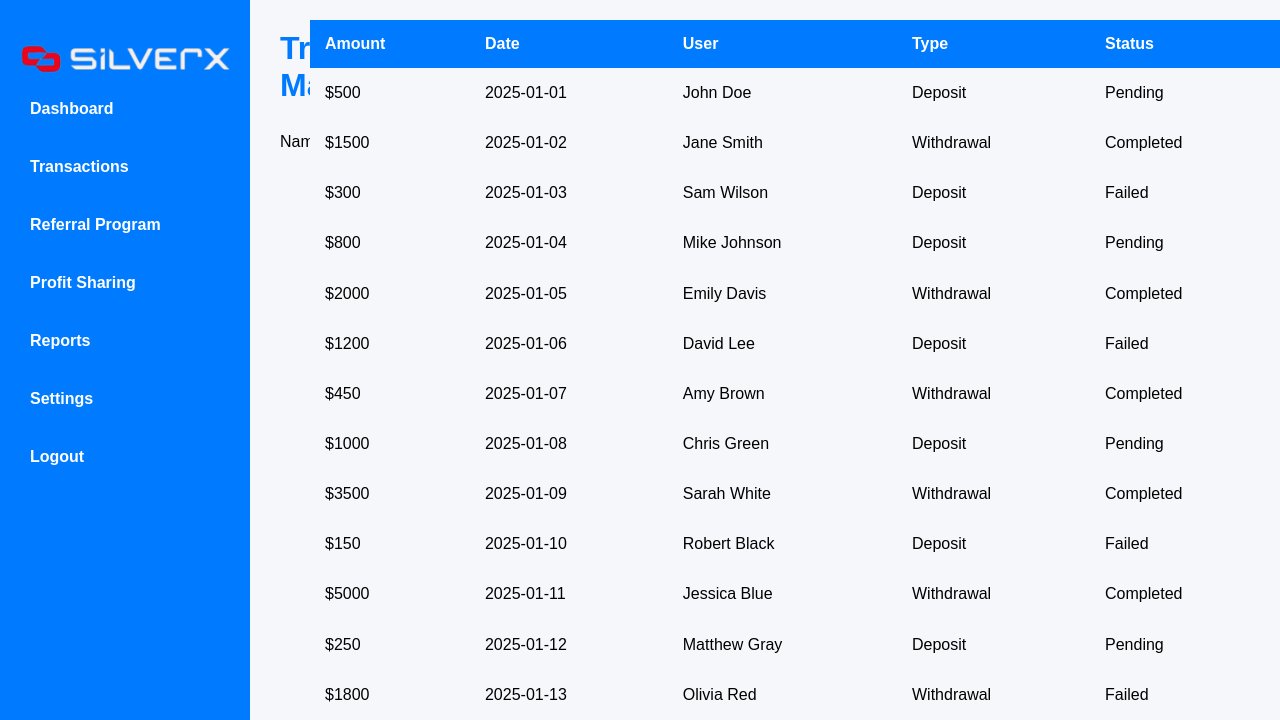
Repository: 2025silverx/slivedrX
Page: index2.html
The author's editor kept a copy of each file at every save. The page is drawn from the files as they stood at one save, then again after the next save.
The browser window is 1280 px wide. The pictures show the whole page.
An inner scrolling area shows only its first screen.

Above is the page before, as saved 2025-01-21 22:14:11.
Console error: TypeError: Cannot read properties of null (reading 'addEventListener')

### index2.html
<!DOCTYPE html>
<html lang="en">
<head>
    <meta charset="UTF-8">
    <meta name="viewport" content="width=device-width, initial-scale=1.0">
    <title>Transaction Management - Admin Panel</title>
    <link rel="stylesheet" href="style2.css">
</head>
<body>
    <div id="sidebar-container">
        <div class="sidebar">
            <img src="images/logo.png" alt="Sidebar Logo" class="sidebar-logo">
            <ul class="sidebar-links">
                <li><a href="index.html" class="sidebar-link" data-target="dashboard">Dashboard</a></li>
                <li><a href="index2.html" class="sidebar-link" data-target="transactions">Transactions</a></li>
                <li><a href="indesx3.html" class="sidebar-link" data-target="reports">Referral Program</a></li>
                <li><a href="index4.html" class="sidebar-link" data-target="users">Profit Sharing</a></li>
                <li><a href="index5.html" class="sidebar-link" data-target="reports">Reports</a></li>
                <li><a href="setting.html" class="sidebar-link" data-target="settings">Settings</a></li>
                <li><a href="login.html" class="sidebar-link" data-target="logout">Logout</a></li>
            </ul>
        </div>
    </div>
    <div class="main-content">
    <h1>Transaction Management</h1>
    <div class="filters" style="display: flex; align-items: center; gap: 10px; flex-wrap: nowrap;">
        <label for="nameFilter">Name:</label>
        <input type="text" id="nameFilter" placeholder="Enter name">

        <label for="startDateFilter">Start Date:</label>
        <input type="date" id="startDateFilter">

        <label for="endDateFilter">End Date:</label>
        <input type="date" id="endDateFilter">

        <label for="typeFilter">Transaction Type:</label>
        <select id="typeFilter">
            <option value="all">All</option>
            <option value="deposit">Deposit</option>
            <option value="withdrawal">Withdrawal</option>
        </select>

        <label for="statusFilter">Status:</label>
        <select id="statusFilter">
            <option value="all">All</option>
            <option value="pending">Pending</option>
            <option value="completed">Completed</option>
            <option value="failed">Failed</option>
        </select>
    </div>
</div>


        <table>
            <thead>
                <tr>
                    <th>Amount</th>
                    <th>Date</th>
                    <th>User</th>
                    <th>Type</th>
                    <th>Status</th>
                </tr>
            </thead>
            <tbody id="transactionTable">
                <tr class="pending">
                    <td>$500</td>
                    <td>2025-01-01</td>
                    <td>John Doe</td>
                    <td>Deposit</td>
                    <td><span class="status-label pending">Pending</span></td>
                </tr>
                <tr class="completed">
                    <td>$1500</td>
                    <td>2025-01-02</td>
                    <td>Jane Smith</td>
                    <td>Withdrawal</td>
                    <td><span class="status-label completed">Completed</span></td>
                </tr>
                <tr class="failed">
                    <td>$300</td>
                    <td>2025-01-03</td>
                    <td>Sam Wilson</td>
                    <td>Deposit</td>
                    <td><span class="status-label failed">Failed</span></td>
                </tr>
                <tr class="pending">
                    <td>$800</td>
                    <td>2025-01-04</td>
                    <td>Mike Johnson</td>
                    <td>Deposit</td>
                    <td><span class="status-label pending">Pending</span></td>
                </tr>
                <tr class="completed">
                    <td>$2000</td>
                    <td>2025-01-05</td>
                    <td>Emily Davis</td>
                    <td>Withdrawal</td>
                    <td><span class="status-label completed">Completed</span></td>
                </tr>
                <tr class="failed">
                    <td>$1200</td>
                    <td>2025-01-06</td>
                    <td>David Lee</td>
                    <td>Deposit</td>
                    <td><span class="status-label failed">Failed</span></td>
                </tr>
                <tr class="completed">
                    <td>$450</td>
                    <td>2025-01-07</td>
                    <td>Amy Brown</td>
                    <td>Withdrawal</td>
                    <td><span class="status-label completed">Completed</span></td>
                </tr>
                <tr class="pending">
                    <td>$1000</td>
                    <td>2025-01-08</td>
                    <td>Chris Green</td>
                    <td>Deposit</td>
                    <td><span class="status-label pending">Pending</span></td>
                </tr>
                <tr class="completed">
                    <td>$3500</td>
                    <td>2025-01-09</td>
                    <td>Sarah White</td>
                    <td>Withdrawal</td>
                    <td><span class="status-label completed">Completed</span></td>
                </tr>
                <tr class="failed">
                    <td>$150</td>
                    <td>2025-01-10</td>
                    <td>Robert Black</td>
                    <td>Deposit</td>
                    <td><span class="status-label failed">Failed</span></td>
                </tr>
                <tr class="completed">
                    <td>$5000</td>
                    <td>2025-01-11</td>
                    <td>Jessica Blue</td>
                    <td>Withdrawal</td>
                    <td><span class="status-label completed">Completed</span></td>
                </tr>
                <tr class="pending">
                    <td>$250</td>
                    <td>2025-01-12</td>
                    <td>Matthew Gray</td>
                    <td>Deposit</td>
                    <td><span class="status-label pending">Pending</span></td>
                </tr>
                <tr class="failed">
                    <td>$1800</td>
                    <td>2025-01-13</td>
                    <td>Olivia Red</td>
                    <td>Withdrawal</td>
                    <td><span class="status-label failed">Failed</span></td>
                </tr>
            </tbody>
        </table>
    </div>

    <script src="script2.js"></script>
</body>
</html>

### style2.css
/* Reset some default styles */
* {
    margin: 0;
    padding: 0;
    box-sizing: border-box;
}

/* Body and container styles */
body {
    font-family: Arial, sans-serif;
    display: flex;
    height: 100vh;
    background-color: #f5f7fa;
}
/* Sidebar styles */
.sidebar {
    width: 250px;
    background-color: #007bff;
    color: white;
    padding: 20px;
    display: flex;
    flex-direction: column;
    position: sticky;
    top: 0;
    height: 100vh;
    /* Remove any margin or padding at the side */
    margin-right: 0;
}

/* Sidebar heading */
.sidebar h2 {
    margin-bottom: 20px;
    text-align: center;
}

/* Sidebar links */
.sidebar-links {
    list-style: none;
}

.sidebar-links li {
    margin-bottom: 20px; /* Increased margin for better spacing */
}

.sidebar-links a {
    text-decoration: none;
    color: white;
    font-weight: bold;
    display: block;
    padding: 10px;
    font-size: 16px;
    transition: color 0.3s ease;
}

.sidebar-links a:hover {
    color: #f0f0f0; /* Light gray on hover */
}

.sidebar-links a:active {
    color: #ff6347; /* Red color on click */
}
/* Main content area */
.main-content {
    flex: 1;
    padding: 30px;
    overflow-y: auto;
}

h1 {
    color: #007bff;
    margin-bottom: 20px;
}

/* Filters styles */
.filters {
    margin-bottom: 20px;
}

.filters label {
    margin-right: 10px;
}

.filters input,
.filters select {
    padding: 8px;
    margin-right: 20px;
    border-radius: 5px;
    border: 1px solid #ccc;
}

/* Table styles */
table {
    width: 100%;
    border-collapse: collapse;
    margin-top: 20px;
}

th, td {
    padding: 15px;
    text-align: left;
}

th {
    background-color: #007bff;
    color: white;
}

td {
    background-color: #f5f7fa;
}

td.pending {
    background-color: #fff3cd;
}

td.completed {
    background-color: #d4edda;
}

td.failed {
    background-color: #f8d7da;
}

/* Responsive styles */
@media (max-width: 768px) {
    .sidebar {
        width: 200px;
    }

    .main-content {
        padding: 20px;
    }

    table {
        font-size: 14px;
    }

    th, td {
        padding: 10px;
    }
}

@media (max-width: 480px) {
    .sidebar {
        width: 100%;
        position: static;
    }

    .main-content {
        margin-top: 20px;
    }

    table {
        font-size: 12px;
    }
}
/* Button styling */
.button {
    display: inline-block;
    padding: 10px 20px; /* Adjust padding for size */
    font-size: 16px; /* Set font size */
    font-weight: bold; /* Bold text */
    border-radius: 5px; /* Rounded corners */
    text-align: center;
    cursor: pointer; /* Pointer cursor on hover */
    background-color: #007bff; /* Button color */
    color: white; /* Text color */
    text-decoration: none; /* Remove underline */
    width: auto; /* Allow width to adjust based on padding */
}

.button:hover {
    background-color: #0056b3; /* Darker color on hover */
}

.button:active {
    background-color: #003f7f; /* Even darker color when active */
}

### script2.js
// Function to apply the filters to the table rows
function filterTransactions() {
    const dateFilter = document.getElementById("dateFilter").value;
    const typeFilter = document.getElementById("typeFilter").value;
    const statusFilter = document.getElementById("statusFilter").value;
    const rows = document.querySelectorAll("#transactionTable tr");

    rows.forEach(row => {
        const date = row.cells[1].innerText;
        const type = row.cells[3].innerText.toLowerCase();
        const status = row.cells[4].innerText.toLowerCase();

        let isVisible = true;

        // Apply Date filter
        if (dateFilter && date !== dateFilter) {
            isVisible = false;
        }

        // Apply Type filter
        if (typeFilter !== "all" && type !== typeFilter) {
            isVisible = false;
        }

        // Apply Status filter
        if (statusFilter !== "all" && status !== statusFilter) {
            isVisible = false;
        }

        // Show or hide the row based on the filters
        if (isVisible) {
            row.style.display = "";
        } else {
            row.style.display = "none";
        }
    });
}

// Event listeners for filters
document.getElementById("dateFilter").addEventListener("input", filterTransactions);
document.getElementById("typeFilter").addEventListener("change", filterTransactions);
document.getElementById("statusFilter").addEventListener("change", filterTransactions);

// Initial call to filter transactions based on the current filter settings
filterTransactions();

After the next save:
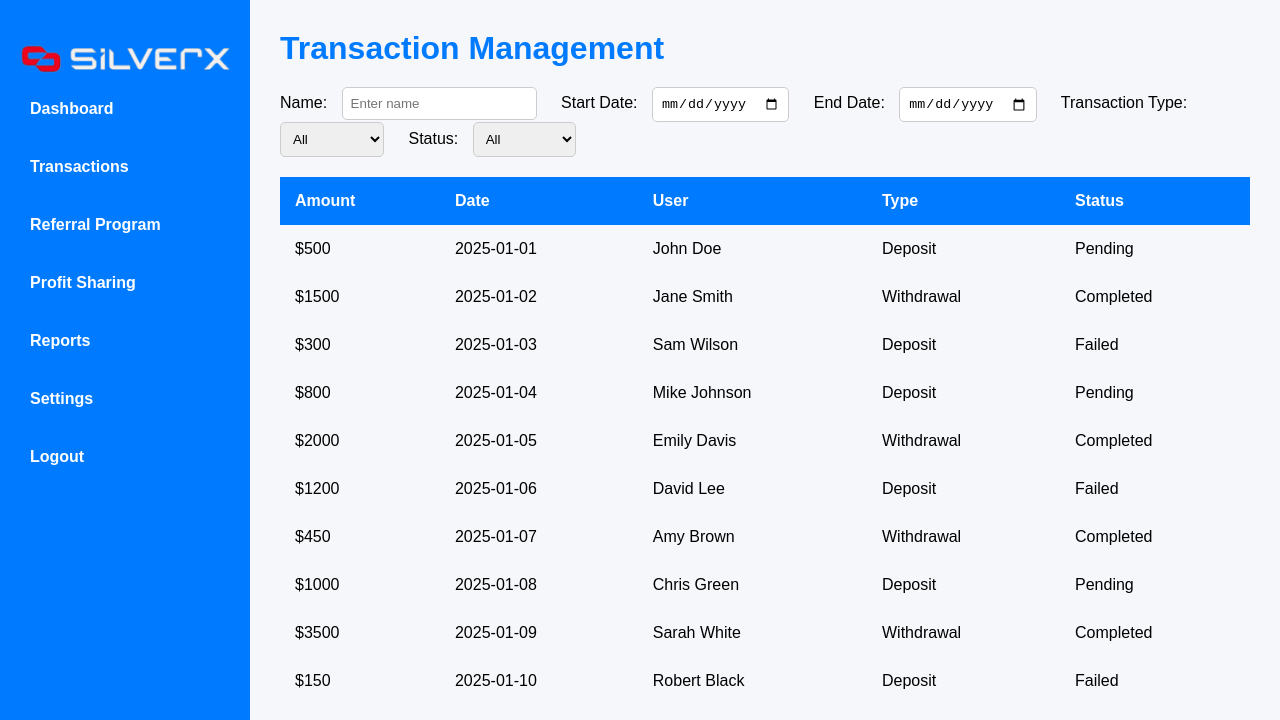
Saved 7 s later.
--- a/index2.html
+++ b/index2.html
@@ -22,34 +22,32 @@
         </div>
     </div>
     <div class="main-content">
-    <h1>Transaction Management</h1>
-    <div class="filters" style="display: flex; align-items: center; gap: 10px; flex-wrap: nowrap;">
-        <label for="nameFilter">Name:</label>
-        <input type="text" id="nameFilter" placeholder="Enter name">
+        <h1>Transaction Management</h1>
+        <div class="filters">
+            <label for="nameFilter">Name: </label>
+            <input type="text" id="nameFilter" placeholder="Enter name">
 
-        <label for="startDateFilter">Start Date:</label>
-        <input type="date" id="startDateFilter">
+            <label for="startDateFilter">Start Date: </label>
+            <input type="date" id="startDateFilter">
 
-        <label for="endDateFilter">End Date:</label>
-        <input type="date" id="endDateFilter">
+            <label for="endDateFilter">End Date: </label>
+            <input type="date" id="endDateFilter">
 
-        <label for="typeFilter">Transaction Type:</label>
-        <select id="typeFilter">
-            <option value="all">All</option>
-            <option value="deposit">Deposit</option>
-            <option value="withdrawal">Withdrawal</option>
-        </select>
+            <label for="typeFilter">Transaction Type: </label>
+            <select id="typeFilter">
+                <option value="all">All</option>
+                <option value="deposit">Deposit</option>
+                <option value="withdrawal">Withdrawal</option>
+            </select>
 
-        <label for="statusFilter">Status:</label>
-        <select id="statusFilter">
-            <option value="all">All</option>
-            <option value="pending">Pending</option>
-            <option value="completed">Completed</option>
-            <option value="failed">Failed</option>
-        </select>
-    </div>
-</div>
-
+            <label for="statusFilter">Status: </label>
+            <select id="statusFilter">
+                <option value="all">All</option>
+                <option value="pending">Pending</option>
+                <option value="completed">Completed</option>
+                <option value="failed">Failed</option>
+            </select>
+        </div>
 
         <table>
             <thead>
